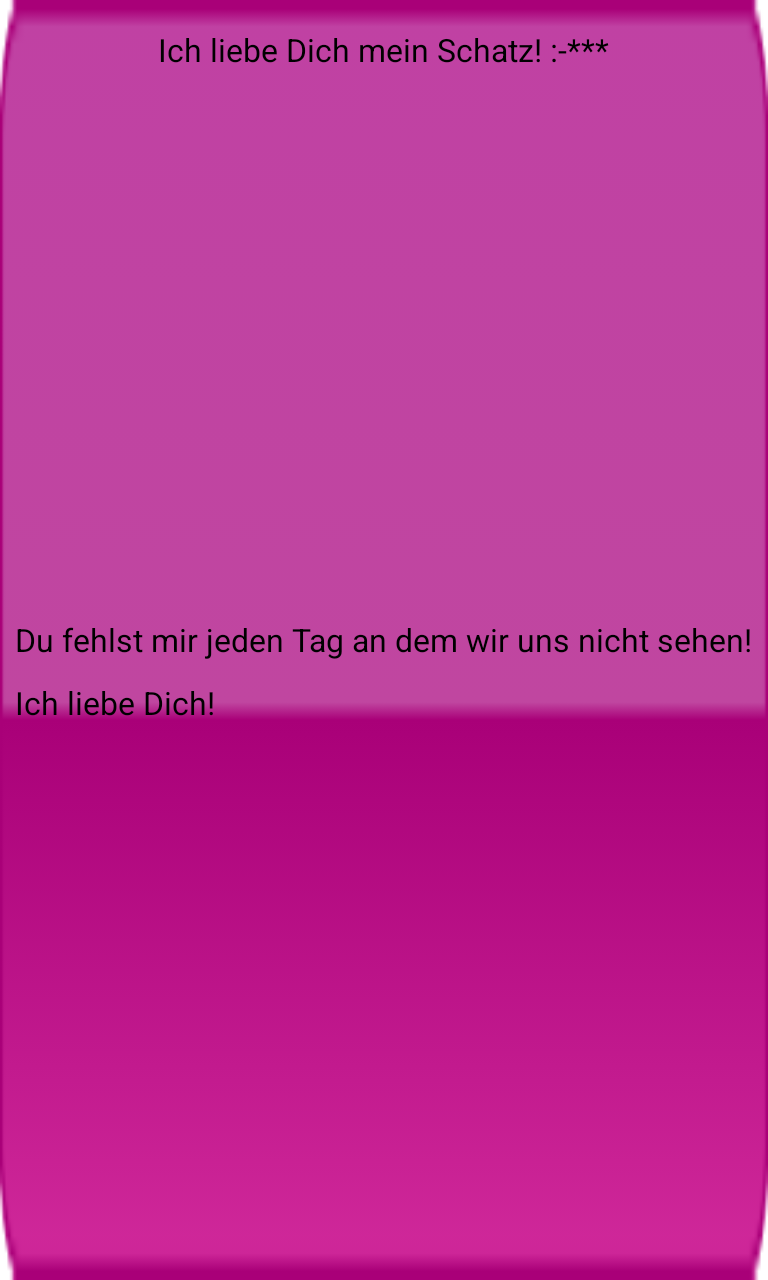
Repository: flashback2k12/ChristmasPresent
Layout: ChristmasPresent/res/layout/widget_layout2_4_1.xml
These files come from the project's save history. The layout is drawn as it stood at one moment and after the next save; the edit follows.
It is drawn on a 768 x 1280 px phone screen (xhdpi) without system bars, with theme AppTheme; the app's code is not run.

Above is the layout before, as saved 2012-12-19 18:56:04.

After the next save:
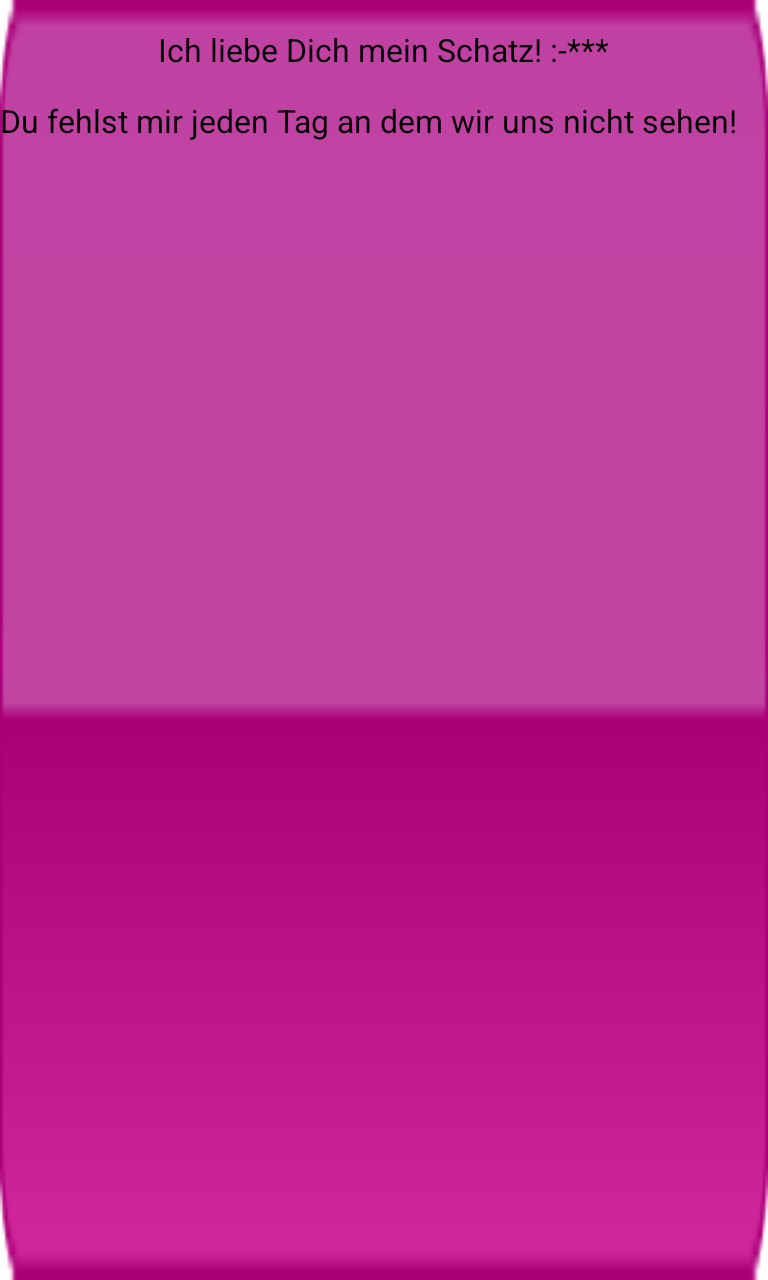
Saved 25 s later.
--- a/ChristmasPresent/res/layout/widget_layout2_4_1.xml
+++ b/ChristmasPresent/res/layout/widget_layout2_4_1.xml
@@ -23,21 +23,11 @@
         android:id="@+id/textView2"
         android:layout_width="wrap_content"
         android:layout_height="wrap_content"
-        android:layout_centerHorizontal="true"
-        android:layout_centerVertical="true"
+        android:layout_alignParentLeft="true"
+        android:layout_below="@+id/textView1"
+        android:layout_marginTop="14dp"
+        android:gravity="center"
         android:text="@string/miss_you"
-        android:textAppearance="?android:attr/textAppearanceMedium"
-        android:textSize="@dimen/padding_large"
-        android:gravity="center"/>
-
-    <TextView
-        android:id="@+id/TextView01"
-        android:layout_width="wrap_content"
-        android:layout_height="wrap_content"
-        android:layout_alignLeft="@+id/textView2"
-        android:layout_below="@+id/textView2"
-        android:layout_marginTop="10dp"
-        android:text="@string/i_love_you"
         android:textAppearance="?android:attr/textAppearanceMedium"
         android:textSize="@dimen/padding_large" />
 
